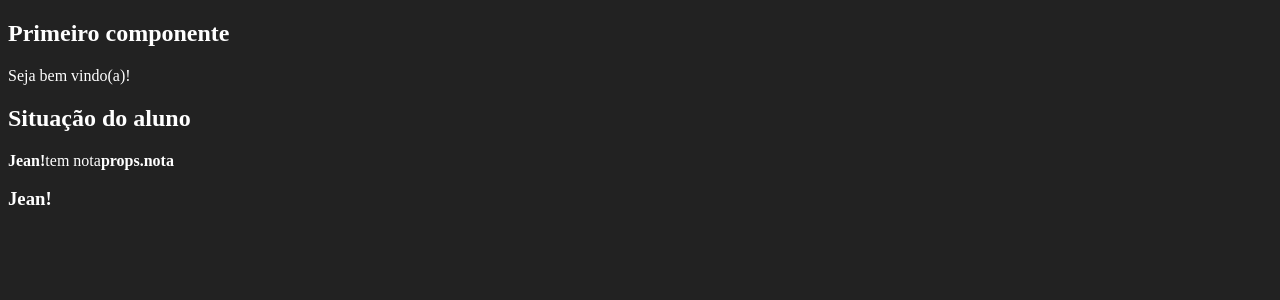
Repository: jean-siqueira/fundamentos-react
Page: /
These files come from the project's save history. The page is drawn as it stood at one moment and after a run of saves; the edit follows.
The browser window is 1280 px wide. The pictures show the whole page.
The project was rebuilt for these pictures with package versions that can differ from the ones it lists, and the page was loaded fresh each time.

Above is the page before, as saved 2023-03-04 11:15:41.

After the next 2 saves:
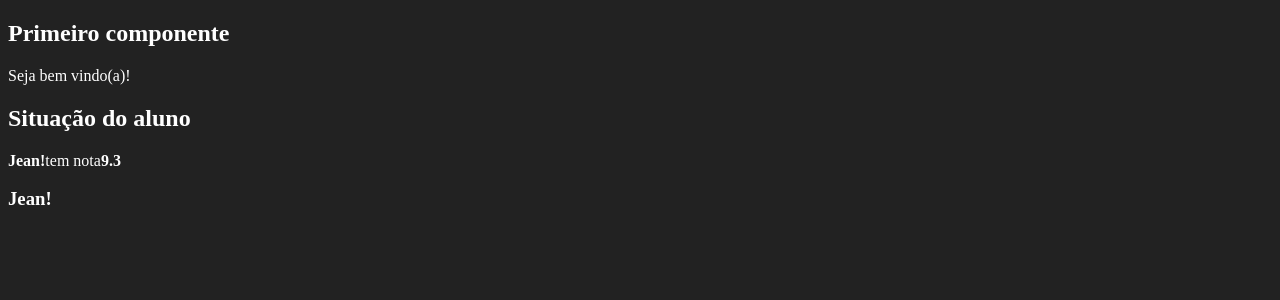
The 2 saves are shown as one change because they came seconds apart.
The last was saved 7 s later.
--- a/src/components/basicos/ComParametro.jsx
+++ b/src/components/basicos/ComParametro.jsx
@@ -8,7 +8,7 @@ export default function ComParametro(props) {
             <p>
                 <strong>{ props.aluno }</strong>
                 tem nota
-                <strong>props.nota</strong>
+                <strong>{props.nota}</strong>
             </p>
             <h3>{ props.aluno }</h3>
         </div>
